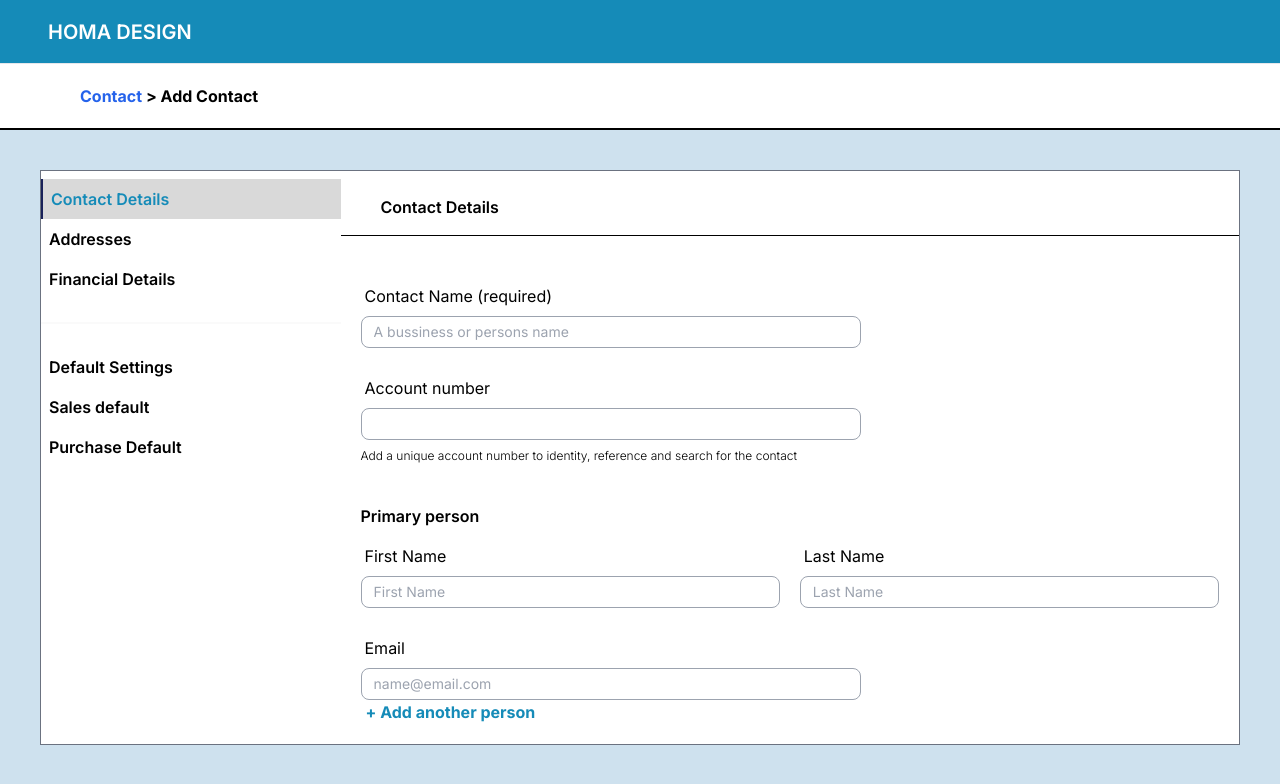
Repository: khairul35/homa-FE
Page: /contact
The author's editor kept a copy of each file at every save. The page is drawn from the files as they stood at one save, then again after the next save.
The browser window is 1280 px wide. The pictures show the whole page.
An inner scrolling area shows only its first screen. The project was rebuilt for these pictures with package versions that can differ from the ones it lists, and the page was loaded fresh each time. The framework's server and built-in components were replaced by stand-ins that run in the browser. Also part of the build but not shown: next.config.js, app/components/layout/header/BusinessMenu.tsx, app/components/layout/header/CompanyMenu.tsx, app/contact/index.component.tsx.

Above is the page before, as saved 2024-01-06 14:07:25.

### app/layout.tsx
import type { Metadata } from 'next'
import { Inter } from 'next/font/google'
import Header from './components/layout/Header';
import './globals.css'

const inter = Inter({ subsets: ['latin'] })

export const metadata: Metadata = {
  title: 'MyAccount2U',
  description: 'Accounting System',
}

export default function RootLayout({
  children,
}: {
  children: React.ReactNode
}) {
  return (
    <html lang="en">
      <body className={inter.className}>
        <div className='flex flex-col h-screen'>
          <Header />
          {children}
        </div>
      </body>
    </html>
  )
}

### app/contact/page.tsx
'use client';
import { useState } from 'react';
import { ComponentProps, Contact } from './index.props';
import Component from './index.component';
import ContactForm from './form';
import { FormProps } from './form/index.props';

const emptySelectedContact: Contact = {
    id: null,
    name: '',
    accountNumber: '',
    youOwe: null,
    theyOwe: null,
    status: 'Active',
    type: 'Customers',
    website: null,
    registrationNumber: null,
    notes: null,
    isBillingSameAsDelivery: false,
    organizationId: null,
};

const Contact = () => {
    const [currentTab, setCurrentTab] = useState('all');
    const [show, setShow] = useState<'list'|'form'>('form');
    const [selectedContact, setSelectedContact] = useState<Contact>(emptySelectedContact)
    const selectedStyle = {
        backgroundColor: '#ECECEC',
        borderBottom: '3px solid #158BB8',
    };

    const onClickAddContact = () => {
        setSelectedContact(emptySelectedContact)
        setShow('form');
    };

    const componentProps: ComponentProps = {
        currentTab,
        selectedStyle,
        setCurrentTab,
        onClickAddContact
    };

    const contactFormProps: FormProps = {
        selectedContact,
        setShow,
    };

    if (show == 'list') {
        return (<Component {...componentProps} />);
    }
    if (show == 'form') {
        return (<ContactForm {...contactFormProps} />);
    }
    return(<></>);
};

export default Contact;

### app/contact/form/index.tsx
'use client';

import { useState } from "react";
import Component from "./index.component";
import { ComponentProps, FormProps } from "./index.props";

const ContactForm = (props: FormProps) => {
    const { selectedContact, setShow } = props;

    const [menu, setMenu] = useState<string>('details');

    const onBack = () => {
        setShow('list');
    };

    const componentProps: ComponentProps = {
        menu,
        selectedContact,
        setMenu,
        onBack,
    };

    return (<Component {...componentProps} />)
};

export default ContactForm;

### api/organization/index.ts
import repository from "../repository";
import { CreateOrganizationProps, UpdateOrganizationProps } from "./props";

const resource = '/api/organization';

const api = {
    findMyOrganization() {
        return repository.get(`${resource}/me`);
    },
    findMyOrganizations() {
        return repository.get(`${resource}/me/all`);
    },
    createOrganization(body: CreateOrganizationProps) {
        return repository.post(`${resource}`, body);
    },
    updateOrganization(body: UpdateOrganizationProps) {
        return repository.put(`${resource}`, body);
    },
    updateCurrentOrganization(organizationId: number) {
        return repository.put(`${resource}/current-organization/${organizationId}`);
    },
};

export default api;

### app/contact/form/index.component.tsx
import { ComponentProps } from "./index.props"
import styles from './index.module.css';
import ContactDetails from "./contact-details";

const Component = (props: ComponentProps) => {
    const { menu, selectedContact, setMenu, onBack } = props;

    const DetailComponent = () => {
        if (menu == 'details') {
            return (
                <>
                    <ContactDetails { ...{ contact: selectedContact } } />
                </>
            )
        }
        return (<></>)
    }

    return (
        <div className="bg-bg-color min-h-screen overflow-auto pb-5">
            <div className="bg-white border-b-2 border-black">
                <h1 className="pl-20 pt-5 pb-5 text-l font-bold">
                    <a
                        className="text-blue-600 cursor-pointer"
                        onClick={() => onBack()}
                    >
                        Contact
                    </a>
                    &nbsp;&gt; {selectedContact?.id ? selectedContact.name : 'Add Contact'}
                </h1>
            </div>
            <div
                className="flex
                    flex-col
                    md:flex-row
                    bg-white
                    m-10
                    pt-2
                    border-gray-500
                    border-solid
                    border"
                >
                <div className="md:w-1/4 md:order-1">
                    <div
                        className={`p-2 font-semibold cursor-pointer
                            ${styles.menu}
                            ${menu == 'details' ? styles.selectedMenu : ''}`
                        }
                        onClick={() => setMenu('details')}
                    >
                        Contact Details
                    </div>
                    <div
                        className={`p-2 font-semibold cursor-pointer
                            ${styles.menu}
                            ${menu == 'address' ? styles.selectedMenu : ''}`
                        }
                        onClick={() => setMenu('address')}
                    >
                        Addresses
                    </div>
                    <div
                        className={`p-2 font-semibold cursor-pointer
                            ${styles.menu}
                            ${menu == 'financial' ? styles.selectedMenu : ''}`
                        }
                        onClick={() => setMenu('financial')}
                    >
                        Financial Details
                    </div>
                    <div className="divider before:bg--gray-500 after:bg--gray-500"></div>
                    <div
                        className={`p-2 font-semibold cursor-pointer
                            ${styles.menu}
                            ${menu == 'setting' ? styles.selectedMenu : ''}`
                        }
                        onClick={() => setMenu('setting')}
                    >
                        Default Settings
                    </div>
                    <div
                        className={`p-2 font-semibold cursor-pointer
                            ${styles.menu}
                            ${menu == 'sales' ? styles.selectedMenu : ''}`
                        }
                        onClick={() => setMenu('sales')}
                    >
                        Sales default
                    </div>
                    <div
                        className={`p-2 font-semibold cursor-pointer
                            ${styles.menu}
                            ${menu == 'purchase' ? styles.selectedMenu : ''}`
                        }
                        onClick={() => setMenu('purchase')}
                    >
                        Purchase Default
                    </div>
                </div>
                <div className="md:w-3/4 md:order-2">
                    <DetailComponent />
                </div>
            </div>
        </div>
    );
};

export default Component;

### api/repository.ts
import axios from 'axios';
import AuthRepository from './auth';

const repository = axios.create({
    baseURL: 'http://localhost:3000',
});

// Request interceptor to add Bearer token to outgoing requests
repository.interceptors.request.use(
    (config) => {
        const accessToken = localStorage.getItem('accessToken');
        if (accessToken) {
            config.headers.Authorization = `Bearer ${accessToken}`;
        }
        return config;
    },
    (error) => {
        return Promise.reject(error);
    }
);

let isRefreshing = false;
let failedQueue: any = [];

// Function to refresh the session and retry failed requests
async function retryFailedRequests(error: any) {
    if (isRefreshing) {
        try {
            const { data } = await AuthRepository.refreshToken();
            localStorage.setItem('accessToken', data.accessToken);
            localStorage.setItem('refreshToken', data.refreshToken);
            localStorage.setItem('isLogin', 'true');
            failedQueue.forEach((prom: any) => {
                prom.resolve(repository(prom.originalRequest));
            });
            failedQueue = [];
        } catch (error) {
            localStorage.setItem('isLogin', 'false');
            window.location.href = '/login';
            failedQueue.forEach((prom: any) => {
                prom.reject(error);
            });
            failedQueue = [];
        } finally {
            isRefreshing = false;
        }
    }
}

// Response interceptor to handle failed requests due to expired tokens
repository.interceptors.response.use(
    (response) => response,
    async (error) => {
        const {
            config,
            response: { status },
        } = error;

        if (status === 401) {
            const originalRequest = config;
            if (!isRefreshing) {
                isRefreshing = true;
                return new Promise((resolve, reject) => {
                    failedQueue.push({ resolve, reject, originalRequest });
                    retryFailedRequests(error);
                }).then((res) => {
                    return res;
                }).catch((err) => {
                    return Promise.reject(err);
                });
            } else {
                return new Promise((resolve, reject) => {
                    failedQueue.push({ resolve, reject, originalRequest });
                }).then((res) => {
                    return res;
                }).catch((err) => {
                    return Promise.reject(err);
                });
            }
        }
        return Promise.reject(error.response);
    }
);

export default repository;

### app/contact/form/index.module.css
.selectedMenu {
    background: #D9D9D9;
    color: #158BB8;
    border-left: 2px solid #192159 !important;
}

.menu:hover {
    background: #ececec;
    color: #158BB8;
    border-left: 2px solid #192059a1 !important;
}

### app/contact/form/contact-details/index.tsx
'use client';
import Component from "./index.component";
import { ComponentProps, ContactDetailProps } from "./index.props";

const ContactDetails = (props: ContactDetailProps) => {
    const { contact } = props;

    const componentProps: ComponentProps = {
        contact,
    };

    return (<Component {...componentProps} />)
};

export default ContactDetails;

### api/auth.ts
import repository from "./repository";

const resource = "/api/auth";

const api = {
    login(username: string, password: string) {
        return repository.post(
            `${resource}/login`,
            { username, password },
        );
    },
    refreshToken() {
        return repository.post(
            `${resource}/refreshToken`,
            { refreshToken: localStorage.getItem('refreshToken') },
        );
    },
    logout() {
        return repository.post(`${resource}/logout`);
    },
    logoutAllDevice() {
        return repository.post(`${resource}/logout/all-device`);
    },
};

export default api;

### app/contact/form/contact-details/index.component.tsx
import { ComponentProps } from "./index.props";
import styles from './index.module.css';

const Component = (props: ComponentProps) => {
    const { contact } = props;

    const labelClass = "input-sm input input-bordered  bg-white border-gray-400 w-full md:w-[500px]"

    return (
        <div>
            <h2 className="p-4 pl-10 font-semibold">Contact Details</h2>
            <div className={styles.divider}></div>
            <div className="p-5">
                <form method="dialog">
                    <label className="label mt-5">Contact Name (required)</label>
                    <input
                        placeholder="A bussiness or persons name"
                        className={labelClass}
                    />
                    <label className="label mt-5">Account number</label>
                    <input
                        placeholder=""
                        className={labelClass}
                    />
                    <p className="text-xs font-light pt-2">
                        Add a unique account number to identity, reference and search for the contact
                    </p>
                    <h2 className="pt-10 font-semibold">Primary person</h2>
                    <div className="flex flex-wrap justify-center md:justify-start gap-5">
                        {/* First Name */}
                        <div className="w-full md:w-[calc(50%-10px)]">
                            <label className="label mt-2">First Name</label>
                            <input
                                type="text"
                                placeholder="First Name"
                                className="input-sm input input-bordered bg-white border-gray-400 w-full"
                            />
                        </div>

                        {/* Last Name */}
                        <div className="w-full md:w-[calc(50%-10px)]">
                            <label className="label mt-2">Last Name</label>
                            <input
                                type="text"
                                placeholder="Last Name"
                                className="input-sm input input-bordered bg-white border-gray-400 w-full"
                            />
                        </div>
                    </div>
                    <label className="label mt-5">Email</label>
                    <input
                        placeholder="name@email.com"
                        className={labelClass}
                    />
                    <div>
                        <a className={styles.addAnotherPersonAnchor}>
                            + Add another person
                        </a>
                    </div>
                </form>
            </div>
        </div>
    );
};

export default Component;

### app/contact/form/contact-details/index.module.css
.divider {
    border-bottom: 1px solid #000;
}

.addAnotherPersonAnchor {
    color: #158BB8;
    padding: 5px;
    margin-top: 20px;
    cursor: pointer;
    font-weight: bold;
}

### tailwind.config.ts
import type { Config } from 'tailwindcss'

const config: Config = {
  content: [
    './pages/**/*.{js,ts,jsx,tsx,mdx}',
    './components/**/*.{js,ts,jsx,tsx,mdx}',
    './app/**/*.{js,ts,jsx,tsx,mdx}',
  ],
  theme: {
    extend: {
      backgroundImage: {
        'gradient-radial': 'radial-gradient(var(--tw-gradient-stops))',
        'gradient-conic':
          'conic-gradient(from 180deg at 50% 50%, var(--tw-gradient-stops))',
      },
      backgroundColor: {
        'bg-color': '#CEE1EE', // Define a custom background color class
      },
      button: {
        'primary': '#158BB8',
      },
      fontWeight: {
        'label': '600',
      },
    },
  },
  plugins: [require("daisyui")],
  daisyui: {
    themes: [
      {
        mytheme: {
          "primary": "#158BB8",
          "secondary": "#d926a9",
          "accent": "#1fb2a6",
          "neutral": "#2a323c",
          "base-100": "#1d232a",
          "info": "#3abff8",
          "success": "#36d399",
          "warning": "#fbbd23",
          "error": "#f87272",
        },
      },
    ],
  },
}
export default config

Loaded but not shown: app/globals.css (common file); app/components/layout/Header.tsx (150 lines, source omitted)

After the next save:
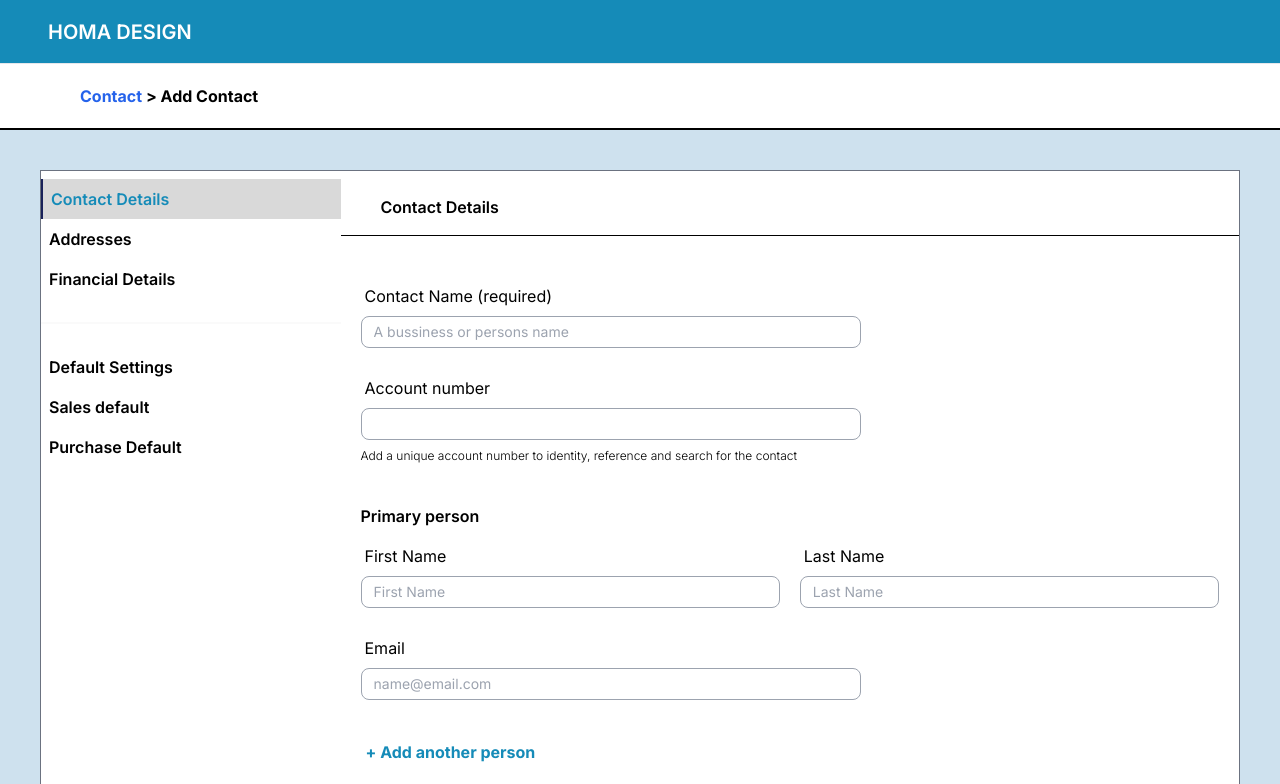
Saved 69 min 25 s later.
--- a/app/contact/form/contact-details/index.component.tsx
+++ b/app/contact/form/contact-details/index.component.tsx
@@ -52,7 +52,7 @@ const Component = (props: ComponentProps) => {
                         placeholder="name@email.com"
                         className={labelClass}
                     />
-                    <div>
+                    <div className="pt-10">
                         <a className={styles.addAnotherPersonAnchor}>
                             + Add another person
                         </a>
